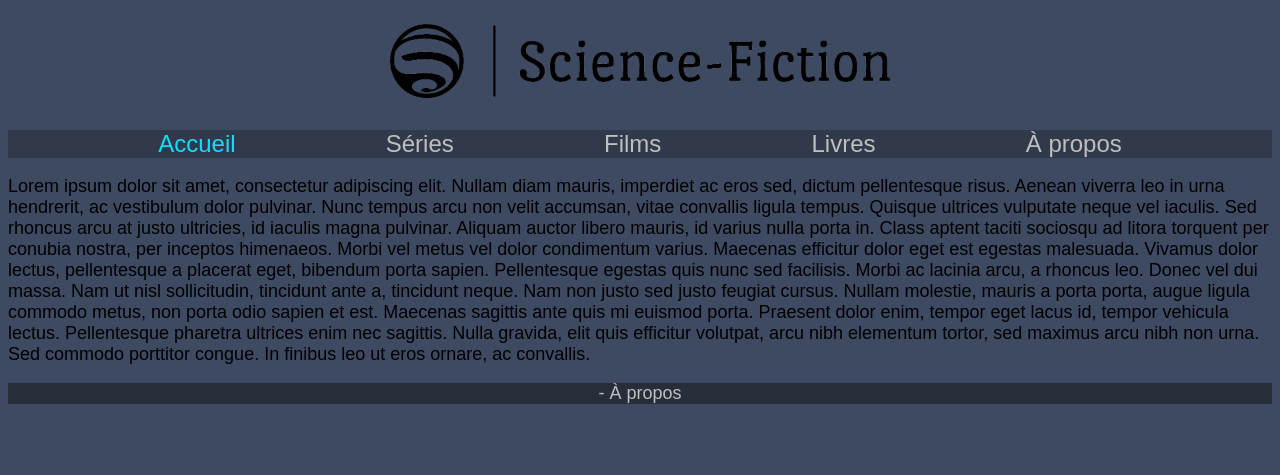
Repository: Emalios/Projet-Web
Page: index.html
An editor plug-in stored every save of this project. The page is shown before and after a run of saves, followed by the edit.
The browser window is 1280 px wide. The pictures show the whole page.

Above is the page before, as saved 2020-11-11 17:57:17.

After the next 2 saves:
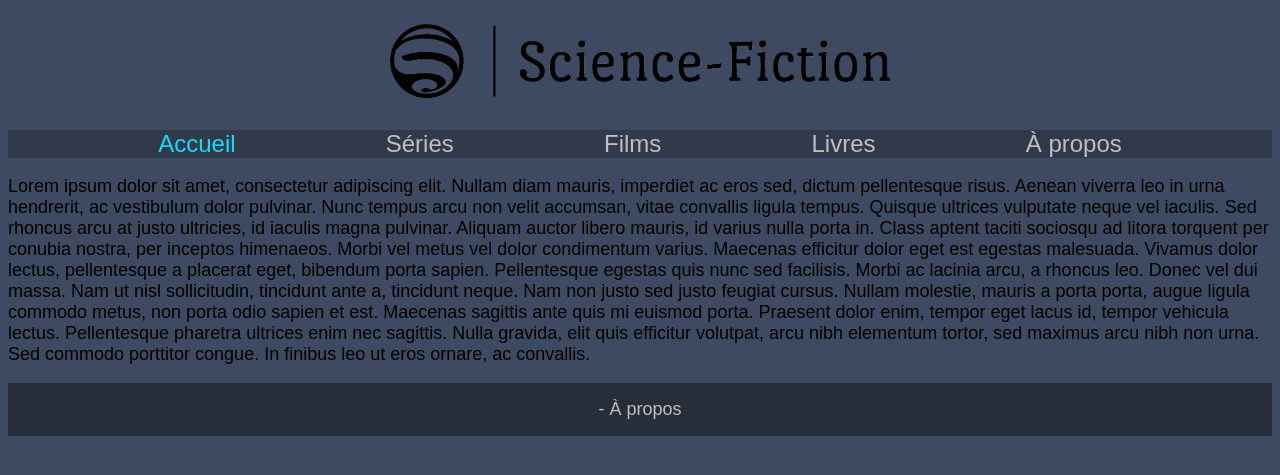
The 2 saves are shown as one change because they came seconds apart.
The last was saved 3 min 11 s later.
--- a/css/common.css
+++ b/css/common.css
@@ -45,6 +45,8 @@
 }
 
 footer {
+  padding-top: 1rem;
+  padding-bottom: 1rem;
   background-color: #272e3a;
   text-align: center;
 }
